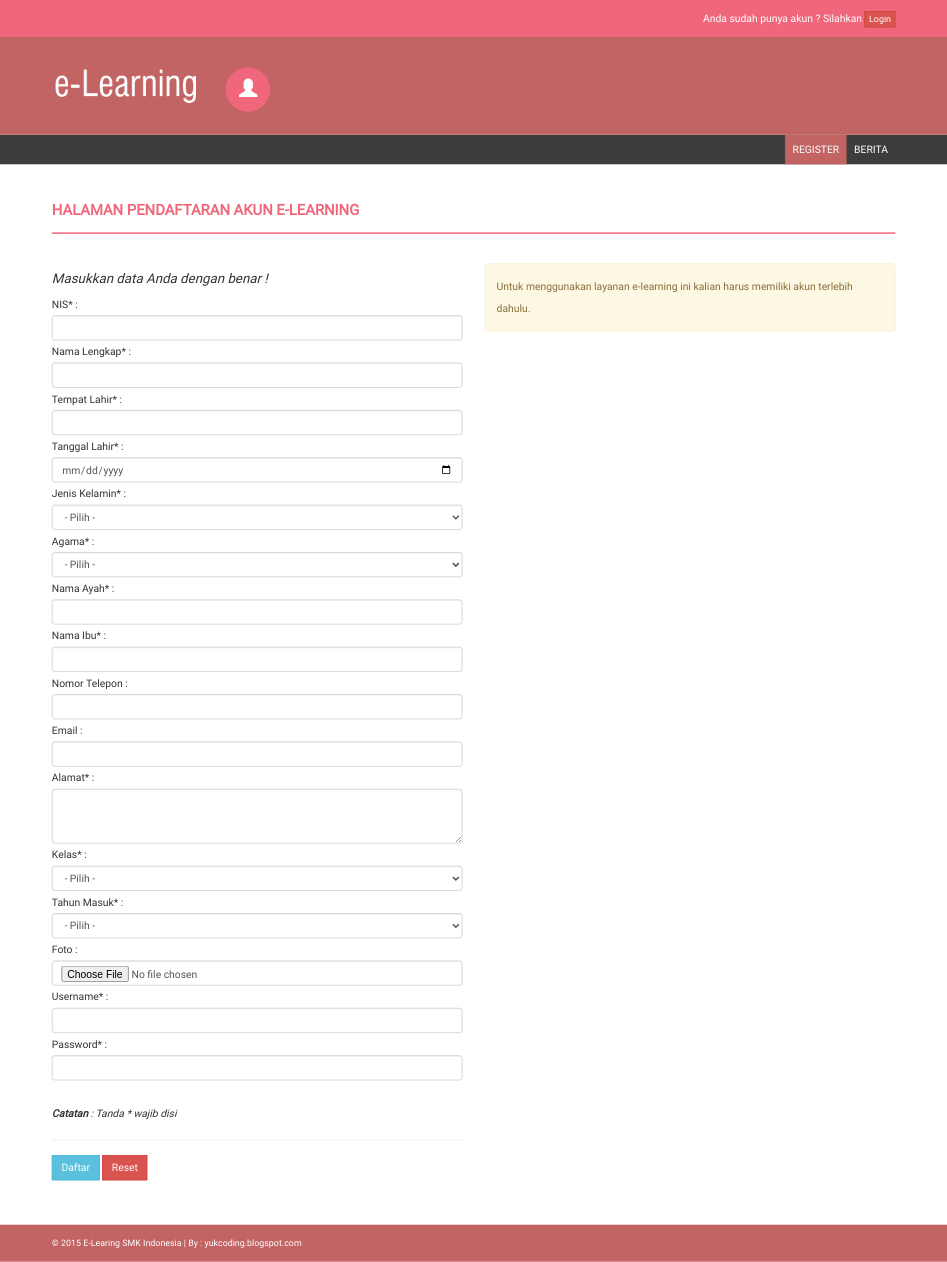
Repository: ramdanriawan/elearning-bangasep
Page: http://localhost/?hal=daftar
The author's editor kept a copy of each file at every save. The page is drawn from the files as they stood at one save, then again after the next save.
The browser window is 1280 px wide. The pictures show the whole page, at 74% of full size.
The page is run by PHP 8.4 with error messages shown; the project is at /var/www/html/. The database holds what the project's SQL file puts in it.

Above is the page before, as saved 2020-04-12 00:29:06.

### index.php
<?php
@session_start();
include "+koneksi.php";

if(!@$_SESSION['siswa']) {
    if(@$_GET['hal'] == 'daftar') {
        include "register.php";
    } else {
        include "login.php";
    }
} else { ?>
<!DOCTYPE html>
<html>
<head>
    <meta charset="utf-8" />
    <meta name="viewport" content="width=device-width, initial-scale=1, maximum-scale=1" />
    <title>E-Learning SMK Indonesia</title>
    <link href="style/assets/css/bootstrap.css" rel="stylesheet" />
    <link href="style/assets/css/font-awesome.css" rel="stylesheet" />
    <link href="style/assets/css/style.css" rel="stylesheet" />
</head>
<body>

<script src="style/assets/js/jquery-1.11.1.js"></script>
<script src="style/assets/js/bootstrap.js"></script>
<?php
$sql_terlogin = mysqli_query($db, "SELECT * FROM tb_siswa JOIN tb_kelas ON tb_siswa.id_siswa = '$_SESSION[siswa]' AND tb_kelas.id_kelas = tb_siswa.id_kelas") or die ($db->error);
$data_terlogin = mysqli_fetch_array($sql_terlogin);
?>
    <header>
        <div class="container">
            <div class="row">
                <div class="col-md-12">
                    Selamat datang, <u><?php echo ucfirst($data_terlogin['username']); ?></u>. Jangan lupa <a href="inc/logout.php?sesi=siswa" class="btn btn-xs btn-danger">Logout</a>
                </div>
            </div>
        </div>
    </header>
    <!-- HEADER END-->
    <div class="navbar navbar-inverse set-radius-zero">
        <div class="container">
            <div class="navbar-header">
                <button type="button" class="navbar-toggle" data-toggle="collapse" data-target=".navbar-collapse">
                    <span class="icon-bar"></span>
                    <span class="icon-bar"></span>
                    <span class="icon-bar"></span>
                </button>
                <a class="navbar-brand" href="./">
                    <img src="style/assets/img/logo.png" />
                </a>

            </div>

            <div class="left-div">
                <div class="user-settings-wrapper">
                    <ul class="nav">

                        <li class="dropdown">
                            <a class="dropdown-toggle" data-toggle="dropdown" href="#" aria-expanded="false">
                            <img src="img/logo.png" alt="" style="height:64px !important; width:85px !important; border: none; margin-left: -30px; margin-top: -10px">
                            </a>
                            <div class="dropdown-menu dropdown-settings">
                                <div class="media">
                                    <a class="media-left" href="#">
                                        <img src="img/foto_siswa/<?php echo $data_terlogin['foto']; ?>" class="img-rounded" />
                                    </a>
                                    <div class="media-body">
                                        <h4 class="media-heading"><?php echo $data_terlogin['nama_lengkap']; ?></h4>
                                        <h5>Kelas : <?php echo $data_terlogin['nama_kelas']; ?></h5>
                                    </div>
                                </div>
                                <hr />
                                <center><a href="?hal=detailprofil" class="btn btn-info btn-sm">Detail Profile</a> <a href="?hal=editprofil" class="btn btn-primary btn-sm">Edit Profile</a></center>

                            </div>
                        </li>

                    </ul>
                </div>
            </div>
        </div>
    </div>

    <section class="menu-section">
        <div class="container">
            <div class="row">
                <div class="col-md-12">
                    <div class="navbar-collapse collapse ">
                        <ul id="menu-top" class="nav navbar-nav navbar-right">
                            <li><a <?php if(@$_GET['page'] == '') { echo 'class="menu-top-active"'; } ?> href="./">Beranda</a></li>
                            <li><a <?php if(@$_GET['page'] == 'quiz') { echo 'class="menu-top-active"'; } ?> href="?page=quiz">Tugas / Quiz</a></li>
                            <li><a <?php if(@$_GET['page'] == 'nilai') { echo 'class="menu-top-active"'; } ?> href="?page=nilai">Nilai</a></li>
                            <li><a <?php if(@$_GET['page'] == 'materi') { echo 'class="menu-top-active"'; } ?> href="?page=materi">Materi</a></li>
                            <li><a <?php if(@$_GET['page'] == 'berita') { echo 'class="menu-top-active"'; } ?> href="?page=berita">Berita</a></li>
                        </ul>
                    </div>
                </div>
            </div>
        </div>
    </section>

    <div class="content-wrapper">
        <div class="container" id="wadah">
        <?php
        if(@$_GET['page'] == '') {
            include "inc/beranda.php";
        } else if(@$_GET['page'] == 'quiz') {
            include "inc/quiz.php";
        } else if(@$_GET['page'] == 'nilai') {
            include "inc/nilai.php";
        } else if(@$_GET['page'] == 'materi') {
            include "inc/materi.php";
        } else if(@$_GET['page'] == 'berita') {
            include "inc/berita.php";
        } ?>
        </div>
    </div>

    <footer>
        <div class="container">
            <div class="row">
                <div class="col-md-12">
                    &copy; 2015 E-Learing SMK Indonesia
                </div>

            </div>
        </div>
    </footer>
</body>
</html>
<?php
}
?>

### +koneksi.php
<?php
$db = mysqli_connect("localhost", "lomx1822_e_learning", "lomx1822_e_learning", "lomx1822_e_learning");

//---fungsi2---//
function cek_session($isi_admin, $isi_pengajar) {
    if(@$_SESSION['admin']) {
        echo $isi_admin;
    } else if(@$_SESSION['pengajar']) {
        echo $isi_pengajar;
    }
}

function tgl_indo($tgl) {
	$tanggal = substr($tgl,8,2);
	$bulan = getBulan(substr($tgl,5,2));
	$tahun = substr($tgl,0,4);
	return $tanggal.' '.$bulan.' '.$tahun;
}
function getBulan($bln){
	switch ($bln){
		case 1:
			return "Januari";
			break;
		case 2:
			return "Februari";
			break;
		case 3:
			return "Maret";
			break;
		case 4:
			return "April";
			break;
		case 5:
			return "Mei";
			break;
		case 6:
			return "Juni";
			break;
		case 7:
			return "Juli";
			break;
		case 8:
			return "Agustus";
			break;
		case 9:
			return "September";
			break;
		case 10:
			return "Oktober";
			break;
		case 11:
			return "November";
			break;
		case 12:
			return "Desember";
			break;
	}
}

function tampil_per_ID($table, $where = null) {
	global $db;
	$command = "SELECT * FROM $table";
	if($where != null) {
		$command .= " WHERE $where";
	}
	$query = mysqli_query($db, $command) or die ($db->error);
	return $query;
	mysqli_close($db);
}
?>

### register.php
<?php
@session_start();
$db = mysqli_connect("localhost", "lomx1822_e_learning", "lomx1822_e_learning", "lomx1822_e_learning");
?>
<!DOCTYPE html>
<html>
<head>
    <meta charset="utf-8" />
    <meta name="viewport" content="width=device-width, initial-scale=1, maximum-scale=1" />
    <title>Daftar E-Learning SMK Indonesia</title>
    <link href="style/assets/css/bootstrap.css" rel="stylesheet" />
    <link href="style/assets/css/font-awesome.css" rel="stylesheet" />
    <link href="style/assets/css/style.css" rel="stylesheet" />
</head>
<body>
    <header>
        <div class="container">
            <div class="row">
                <div class="col-md-12">
                    Anda sudah punya akun ? Silahkan <a href="./" class="btn btn-xs btn-danger">Login</a>
                </div>
            </div>
        </div>
    </header>
    <!-- HEADER END-->
    <div class="navbar navbar-inverse set-radius-zero">
        <div class="container">
            <div class="navbar-header">
                <button type="button" class="navbar-toggle" data-toggle="collapse" data-target=".navbar-collapse">
                    <span class="icon-bar"></span>
                    <span class="icon-bar"></span>
                    <span class="icon-bar"></span>
                </button>
                <a class="navbar-brand" href="./">
                    <img src="style/assets/img/logo.png" />
                </a>

            </div>

            <div class="left-div">
                <div class="user-settings-wrapper">
                    <ul class="nav">
                        <li class="dropdown">
                            <a class="dropdown-toggle">
                                <span class="glyphicon glyphicon-user" style="font-size: 25px;"></span>
                            </a>
                        </li>
                    </ul>
                </div>
            </div>
        </div>
    </div>

    <section class="menu-section">
        <div class="container">
            <div class="row">
                <div class="col-md-12">
                    <div class="navbar-collapse collapse ">
                        <ul id="menu-top" class="nav navbar-nav navbar-right">
                            <li><a <?php if(@$_GET['page'] == '') { echo 'class="menu-top-active"'; } ?> href="?hal=daftar">Register</a></li>
                            <li><a <?php if(@$_GET['page'] == 'berita') { echo 'class="menu-top-active"'; } ?> href="?hal=daftar&page=berita">Berita</a></li>
                        </ul>
                    </div>
                </div>
            </div>
        </div>
    </section>

    <div class="content-wrapper">
        <div class="container">
            <?php
            if(@$_GET['page'] == '') { ?>
                <div class="row">
                    <div class="col-md-12">
                        <h4 class="page-head-line">Halaman pendaftaran akun e-learning</h4>
                    </div>
                </div>
                <div class="row">
                    <div class="col-md-6">
                        <h4><i>Masukkan data Anda dengan benar !</i></h4>
                        <form method="post" enctype="multipart/form-data">
                            NIS* :<input type="text" name="nis" class="form-control" required />
                            Nama Lengkap* : <input type="text" name="nama_lengkap" class="form-control" required />
                            Tempat Lahir* : <input type="text" name="tempat_lahir" class="form-control" required />
                            Tanggal Lahir* : <input type="date" name="tgl_lahir" class="form-control" required />
                            Jenis Kelamin* :
                            <select name="jenis_kelamin" class="form-control" required>
                                <option value="">- Pilih -</option>
                                <option value="L">Laki-laki</option>
                                <option value="P">Perempuan</option>
                            </select>
                            Agama* :
                            <select name="agama" class="form-control" required>
                                <option value="">- Pilih -</option>
                                <option value="Islam">Islam</option>
                                <option value="Kristen">Kristen</option>
                                <option value="Katholik">Katholik</option>
                                <option value="Hindu">Hindu</option>
                                <option value="Budha">Budha</option>
                                <option value="Konghucu">Konghucu</option>
                            </select>
                            Nama Ayah* : <input type="text" name="nama_ayah" class="form-control" required />
                            Nama Ibu* : <input type="text" name="nama_ibu" class="form-control" required />
                            Nomor Telepon : <input type="text" name="no_telp" class="form-control" />
                            Email : <input type="email" name="email" class="form-control" />
                            Alamat* : <textarea name="alamat" class="form-control" rows="3" required></textarea>
                            Kelas* :
                            <select name="kelas" class="form-control" required>
                                <option value="">- Pilih -</option>
                                <?php
                                $sql_kelas = mysqli_query($db, "SELECT * from tb_kelas") or die ($db->error);
                                while($data_kelas = mysqli_fetch_array($sql_kelas)) {
                                    echo '<option value="'.$data_kelas['id_kelas'].'">'.$data_kelas['nama_kelas'].'</option>';
                                } ?>
                            </select>
                            Tahun Masuk* :
                            <select name="thn_masuk" class="form-control" required>
                                <option value="">- Pilih -</option>
                                <?php
                                for ($i = 2020; $i >= 2000; $i--) {
                                    echo '<option value="'.$i.'">'.$i.'</option>';
                                } ?>
                            </select>
                            Foto : <input type="file" name="gambar" class="form-control" />
                            Username* : <input type="text" name="user" class="form-control" required />
                            Password* : <input type="password" name="pass" class="form-control" required />
                            <br />
                            <i><b>Catatan</b> : Tanda * wajib disi</i>
                            <hr />
                            <input type="submit" name="daftar" value="Daftar" class="btn btn-info" />
                            <input type="reset" class="btn btn-danger" />
                        </form>
                        <?php
                        if(@$_POST['daftar']) {
                            $nis = @mysqli_real_escape_string($db, $_POST['nis']);
                            $nama_lengkap = @mysqli_real_escape_string($db, $_POST['nama_lengkap']);
                            $tempat_lahir = @mysqli_real_escape_string($db, $_POST['tempat_lahir']);
                            $tgl_lahir = @mysqli_real_escape_string($db, $_POST['tgl_lahir']);
                            $jenis_kelamin = @mysqli_real_escape_string($db, $_POST['jenis_kelamin']);
                            $agama = @mysqli_real_escape_string($db, $_POST['agama']);
                            $nama_ayah = @mysqli_real_escape_string($db, $_POST['nama_ayah']);
                            $nama_ibu = @mysqli_real_escape_string($db, $_POST['nama_ibu']);
                            $no_telp = @mysqli_real_escape_string($db, $_POST['no_telp']);
                            $email = @mysqli_real_escape_string($db, $_POST['email']);
                            $alamat = @mysqli_real_escape_string($db, $_POST['alamat']);
                            $kelas = @mysqli_real_escape_string($db, $_POST['kelas']);
                            $thn_masuk = @mysqli_real_escape_string($db, $_POST['thn_masuk']);
                            $user = @mysqli_real_escape_string($db, $_POST['user']);
                            $pass = @mysqli_real_escape_string($db, $_POST['pass']);

                            $sumber = @$_FILES['gambar']['tmp_name'];
                            $target = 'img/foto_siswa/';
                            $nama_gambar = @$_FILES['gambar']['name'];

                            $sql_cek_user = mysqli_query($db, "SELECT * FROM tb_siswa WHERE username = '$user'") or die ($db->error);
                            if(mysqli_num_rows($sql_cek_user) > 0) {
                                echo "<script>alert('Username yang Anda pilih sudah ada, silahkan ganti yang lain');</script>";
                            } else {
                                if($nama_gambar != '') {
                                    if(move_uploaded_file($sumber, $target.$nama_gambar)) {
                                        mysqli_query($db, "INSERT INTO tb_siswa VALUES('', '$nis', '$nama_lengkap', '$tempat_lahir', '$tgl_lahir', '$jenis_kelamin', '$agama', '$nama_ayah', '$nama_ibu', '$no_telp', '$email', '$alamat', '$kelas', '$thn_masuk', '$nama_gambar', '$user', md5('$pass'), '$pass', 'tidak aktif')") or die ($db->error);
                                        echo '<script>alert("Pendaftaran berhasil, silahkan login"); window.location="./"</script>';
                                    } else {
                                        echo '<script>alert("Gagal mendaftar, foto gagal diupload, coba lagi!");</script>';
                                    }
                                } else {
                                    mysqli_query($db, "INSERT INTO tb_siswa VALUES('', '$nis', '$nama_lengkap', '$tempat_lahir', '$tgl_lahir', '$jenis_kelamin', '$agama', '$nama_ayah', '$nama_ibu', '$no_telp', '$email', '$alamat', '$kelas', '$thn_masuk', 'anonim.png', '$user', md5('$pass'), '$pass', 'tidak aktif')") or die ($db->error);
                                    echo '<script>alert("Pendaftaran berhasil, tunggu akun aktif dan silahkan login"); window.location="./"</script>';
                                }
                            }
                        }
                        ?>
                    </div>
                    <div class="col-md-6">
                        <div class="alert alert-warning">
                            Untuk menggunakan layanan e-learning ini kalian harus memiliki akun terlebih dahulu.
                        </div>
                    </div>
                </div>
            <?php
            } else if(@$_GET['page'] == 'berita') {
                include "inc/berita.php";
            } ?>
        </div>
    </div>
    <footer>
        <div class="container">
            <div class="row">
                <div class="col-md-12">
                    &copy; 2015 E-Learing SMK Indonesia | By : yukcoding.blogspot.com
                </div>

            </div>
        </div>
    </footer>
    <script src="style/assets/js/jquery-1.11.1.js"></script>
    <script src="style/assets/js/bootstrap.js"></script>
</body>
</html>

### db_elearning.sql (the tables this page reads)
CREATE TABLE IF NOT EXISTS `tb_kelas` (
  `id_kelas` int(11) NOT NULL AUTO_INCREMENT,
  `nama_kelas` varchar(50) NOT NULL,
  `ruang` varchar(20) NOT NULL,
  `wali_kelas` int(5) NOT NULL,
  `ketua_kelas` int(5) NOT NULL,
  PRIMARY KEY (`id_kelas`)
) ENGINE=InnoDB  DEFAULT CHARSET=latin1 AUTO_INCREMENT=5;

INSERT INTO `tb_kelas` (`id_kelas`, `nama_kelas`, `ruang`, `wali_kelas`, `ketua_kelas`) VALUES
(1, 'X-A', 'G-1', 8, 1),
(2, 'X-B', 'G-2', 1, 2),
(3, 'X-C', 'G-3', 10, 3),
(4, 'X-D', 'G-4', 0, 0);

Loaded but not shown: style/assets/css/bootstrap.css (library); style/assets/css/font-awesome.css (library); style/assets/js/jquery-1.11.1.js (library); style/assets/js/bootstrap.js (library); style/assets/css/style.css (369 lines, source omitted)

After the next save:
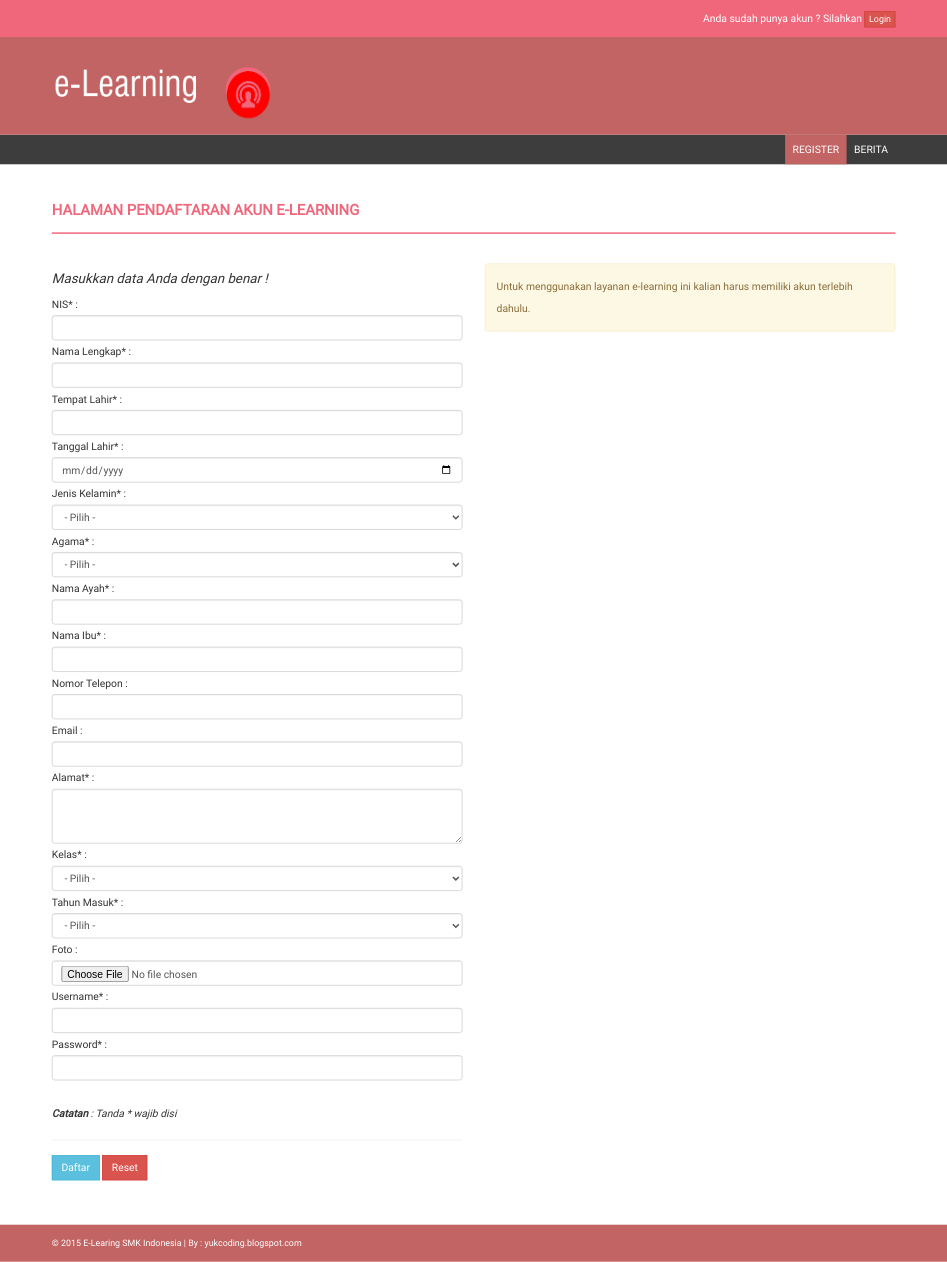
Saved 8 s later.
--- a/register.php
+++ b/register.php
@@ -42,7 +42,7 @@ $db = mysqli_connect("localhost", "lomx1822_e_learning", "lomx1822_e_learning",
                     <ul class="nav">
                         <li class="dropdown">
                             <a class="dropdown-toggle">
-                                <span class="glyphicon glyphicon-user" style="font-size: 25px;"></span>
+                            <img src="img/logo.png" alt="" style="height:64px !important; width:85px !important; border: none; margin-left: -30px; margin-top: -10px">
                             </a>
                         </li>
                     </ul>
